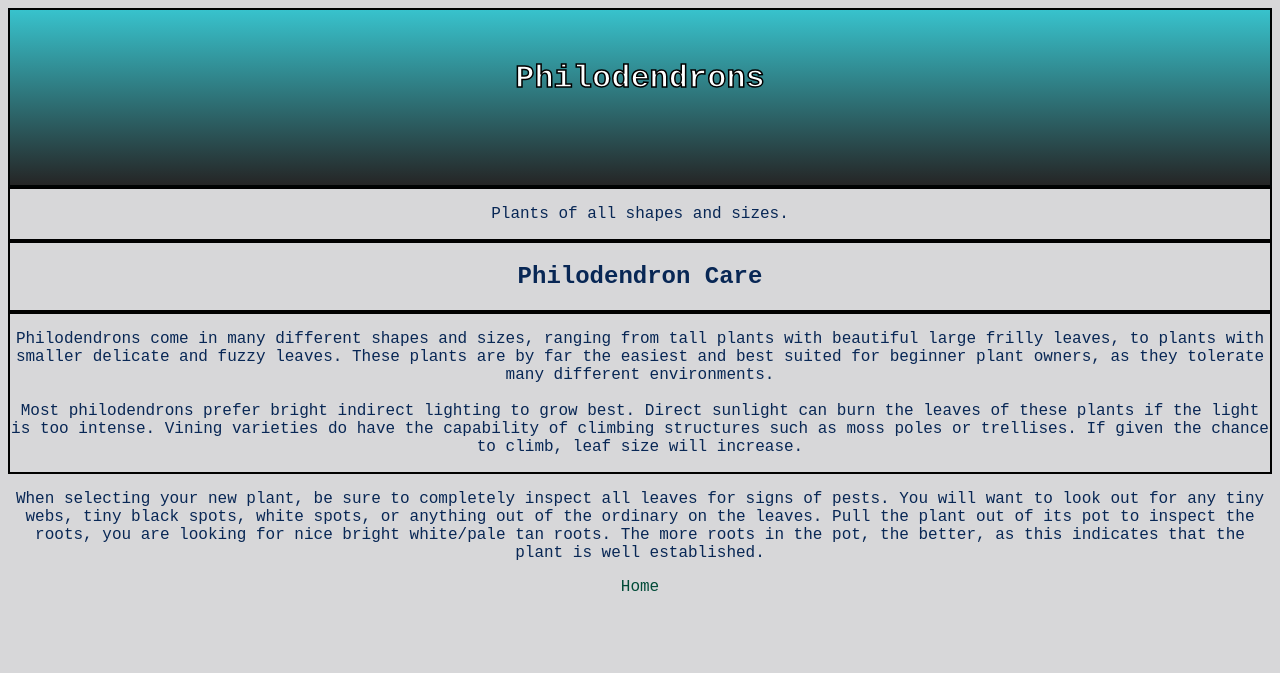
Repository: swillis91/odin-recipies
Page: Planty Page/philodendrons.html
The author's editor kept a copy of each file at every save. The page is drawn from the files as they stood at one save, then again after the next save.
The browser window is 1280 px wide. The pictures show the whole page.

Above is the page before, as saved 2023-08-14 23:42:24.

### Planty Page/philodendrons.html
<!DOCTYPE html>
    <html>
        <head>
            <title>Calatheas</title>
            <link href="style.css" rel="stylesheet"
        </head>
        <body>
            <div class="Header">
            <h1 class="heading">Philodendrons</h1>
            </div>
            <div class="box">
              <p>Plants of all shapes and sizes.</p>
            </div>
            <div class="box">
            <h2 class="species">Philodendron Care</h2>
            </div>
            <div class="box">
                <p class="care">Philodendrons come in many different shapes and sizes, ranging from tall plants with beautiful large frilly leaves, to plants with smaller delicate and fuzzy leaves. These plants are by far the easiest and best suited for beginner plant owners, as they tolerate many different environments.
                <br>
                <br>
                Most philodendrons prefer bright indirect lighting to grow best. Direct sunlight can burn the leaves of these plants if the light is too intense. Vining varieties do have the capability of climbing structures such as moss poles or trellises. If given the chance to climb, leaf size will increase.</p>
            </div>
            <div>
                <p>When selecting your new plant, be sure to completely inspect all leaves for signs of pests. You will want to look out for any tiny webs, tiny black spots, white spots, or anything out of the ordinary on the leaves. Pull the plant out of its pot to inspect the roots, you are looking for nice bright white/pale tan roots. The more roots in the pot, the better, as this indicates that the plant is well established.</p>
            </div>
              </p>
                <!--img src="./Images/makoyana.webp" id="calathea makoyana" width="700px"-->
            <footer>
                <nav>
                    <a href="./index.html" class="navigation">Home</a>

                </nav>
            </footer>
        </body>
    </html>

### Planty Page/style.css
body{
    background-color: rgb(215, 215, 217);
    color:rgb(8, 39, 85);
    text-align: center;
    font-family: 'Permanent Marker', cursive;
    font-family: 'Space Mono', monospace;
}

.heading{
    color: rgb(0, 0, 0);
    -webkit-text-fill-color: rgb(255, 255, 255);
    -webkit-text-stroke-width: 1.5px;
    -webkit-text-stroke-color: rgb(0, 0, 0);
    text-transform: capitalize;
    border: 2px solid rgb(0, 3, 3);
    background-image: linear-gradient(rgba(15, 189, 201, 0.795), rgba(0, 0, 0, 0.827));
    height: 75px;
    margin: 0 auto;
    padding:50px 20px;

}

div.box{
    border:2px solid black;
    display: flex;
    margin-left: auto;
    flex-direction:column;
    align-content: center;
}

#calathea-makoyana{
    width: 500px;
    Height: auto:
}

.navigation{
    color:rgb(1, 75, 56);
    text-decoration: none;
}

a:hover{
    color: rgb(20, 220, 2);
    background-color: rgb(5, 55, 1);
}

After the next save:
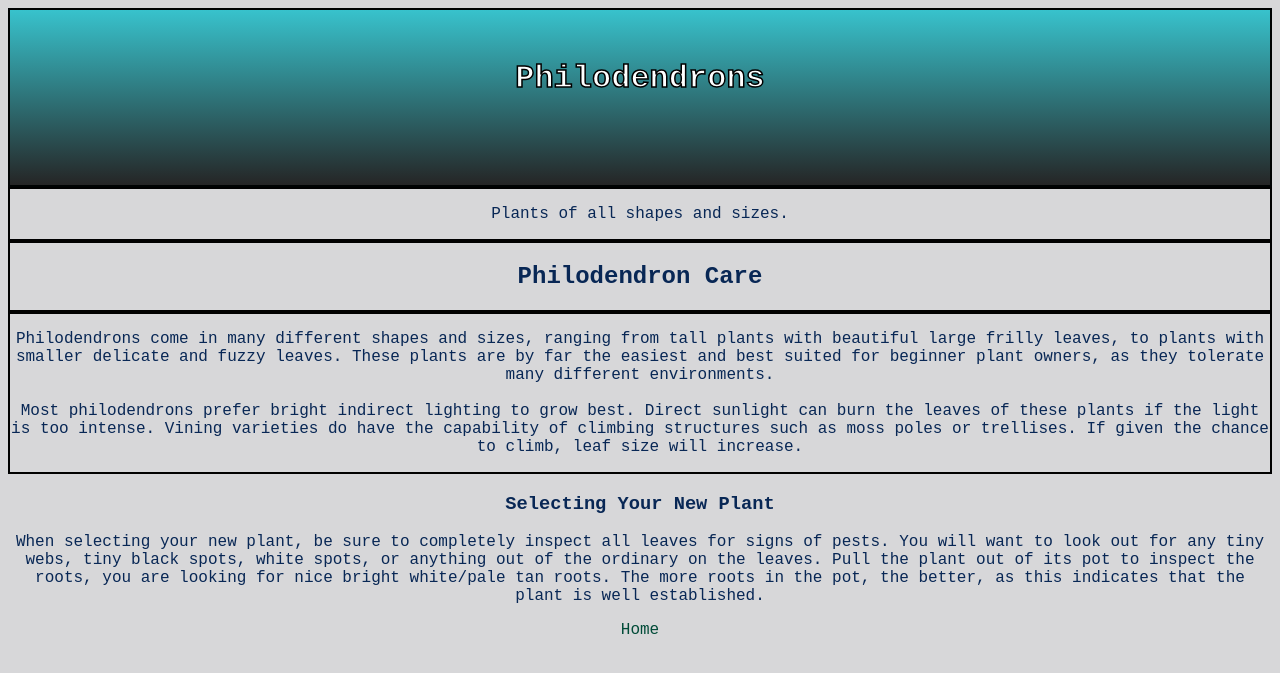
Saved 38 s later.
--- a/Planty Page/philodendrons.html
+++ b/Planty Page/philodendrons.html
@@ -21,6 +21,7 @@
                 Most philodendrons prefer bright indirect lighting to grow best. Direct sunlight can burn the leaves of these plants if the light is too intense. Vining varieties do have the capability of climbing structures such as moss poles or trellises. If given the chance to climb, leaf size will increase.</p>
             </div>
             <div>
+                <h3>Selecting Your New Plant</h3>
                 <p>When selecting your new plant, be sure to completely inspect all leaves for signs of pests. You will want to look out for any tiny webs, tiny black spots, white spots, or anything out of the ordinary on the leaves. Pull the plant out of its pot to inspect the roots, you are looking for nice bright white/pale tan roots. The more roots in the pot, the better, as this indicates that the plant is well established.</p>
             </div>
               </p>
